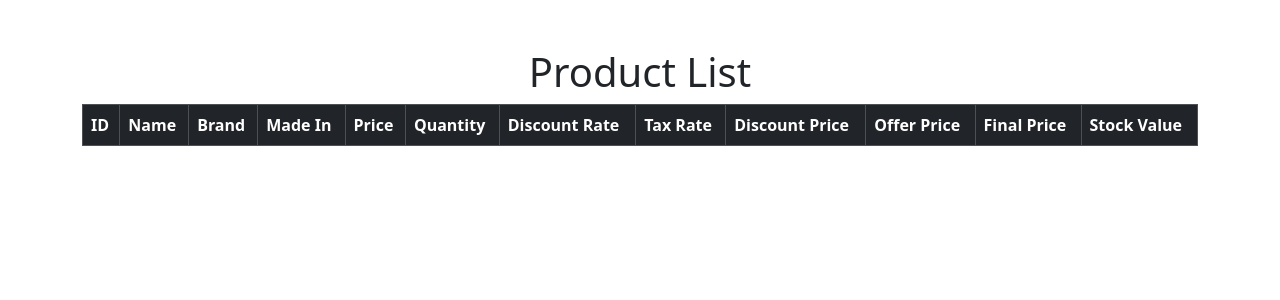
Repository: arsalan728/Spring-Boot-MVC
Page: http://localhost/product-list
The author's editor kept a copy of each file at every save. The page is drawn from the files as they stood at one save, then again after the next save.
The browser window is 1280 px wide. The pictures show the whole page.
The page is this project's Thymeleaf template; nobody is signed in. The template is opened directly, without the code that normally fills it, so the values that code supplies are empty.

Above is the page before, as saved 2024-12-21 10:14:25.

After the next save:
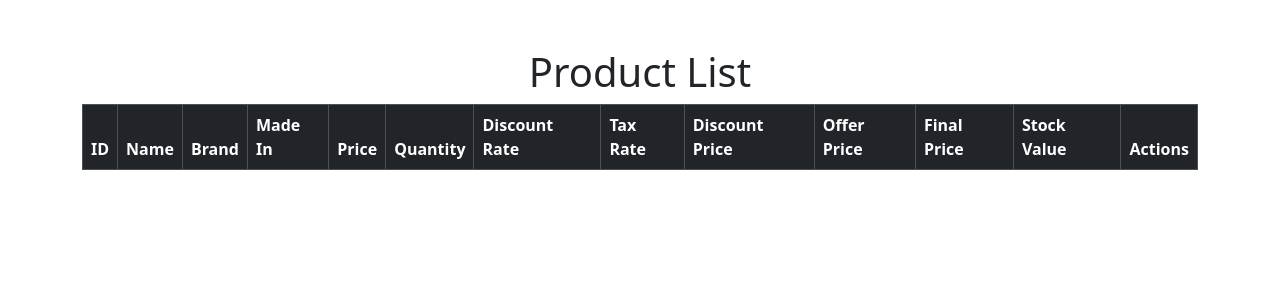
Saved 77 s later.
--- a/SpringBoot/src/main/resources/templates/product-list.html
+++ b/SpringBoot/src/main/resources/templates/product-list.html
@@ -22,6 +22,7 @@
                     <th>Offer Price</th>
                     <th>Final Price</th>
                     <th>Stock Value</th>
+                    <th>Actions</th>
 
                 </tr>
             </thead>
@@ -39,7 +40,6 @@
                     <td th:text="${product.offerPrice}"></td>
                     <td th:text="${product.finalPrice}"></td>
                     <td th:text="${product.stockRate}"></td>
-                    <th>Actions</th>
                     <td><a th:href="@{'/delete/'+${product.id}}">Delete</a></td>
                 </tr>
             </tbody>
